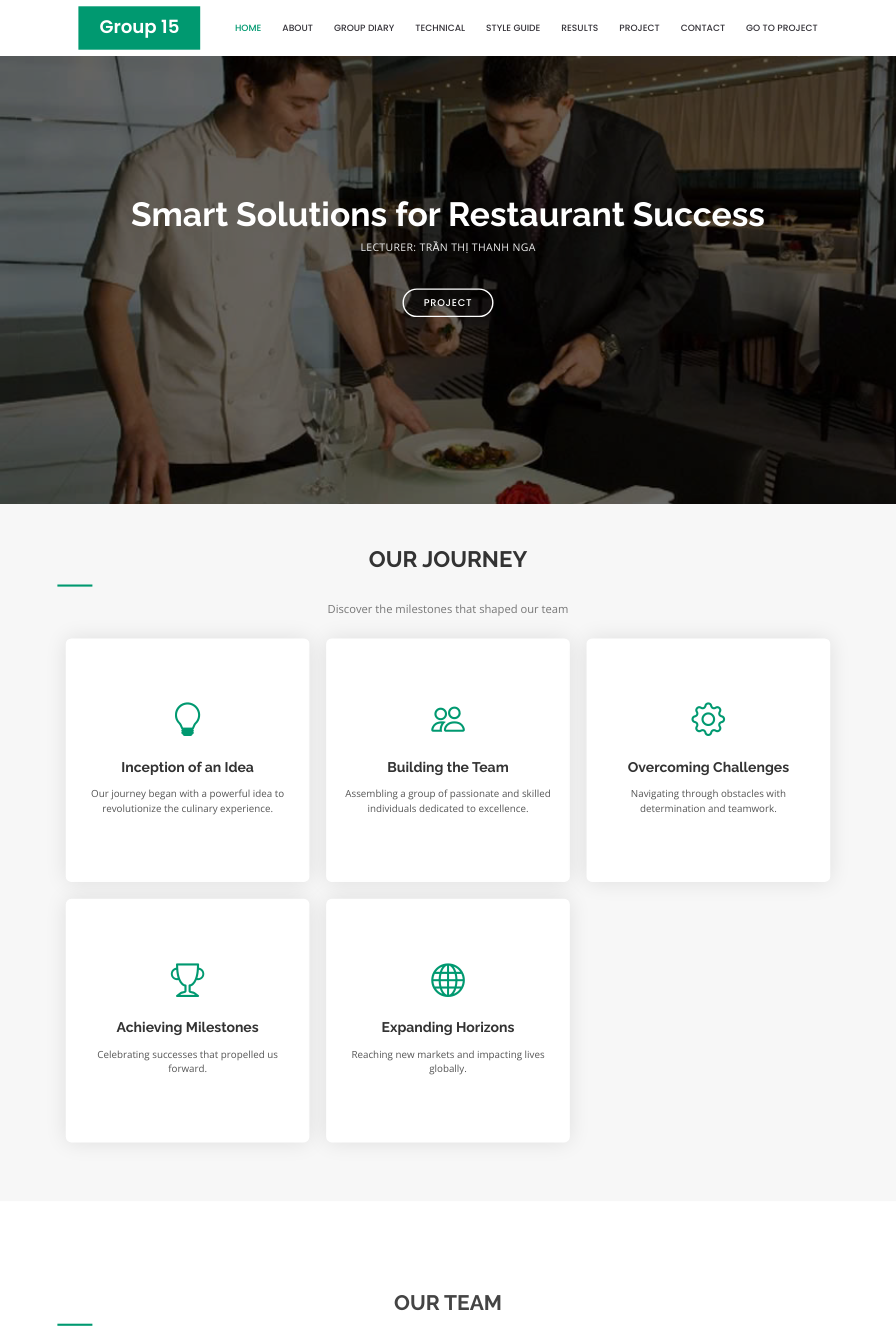
Repository: HoangKhangKhuPho4/Group_Web
Page: index.html
These files come from the project's save history. The page is drawn as it stood at one moment and after the next save; the edit follows.
The browser window is 1280 px wide. The pictures show the part of the page from y = 0 to 1920 px (the page is 2787 px tall), at 70% of full size.
Backgrounds fixed to the window are drawn as part of the page.

Above is the page before, as saved 2024-11-15 21:25:48.

After the next save:
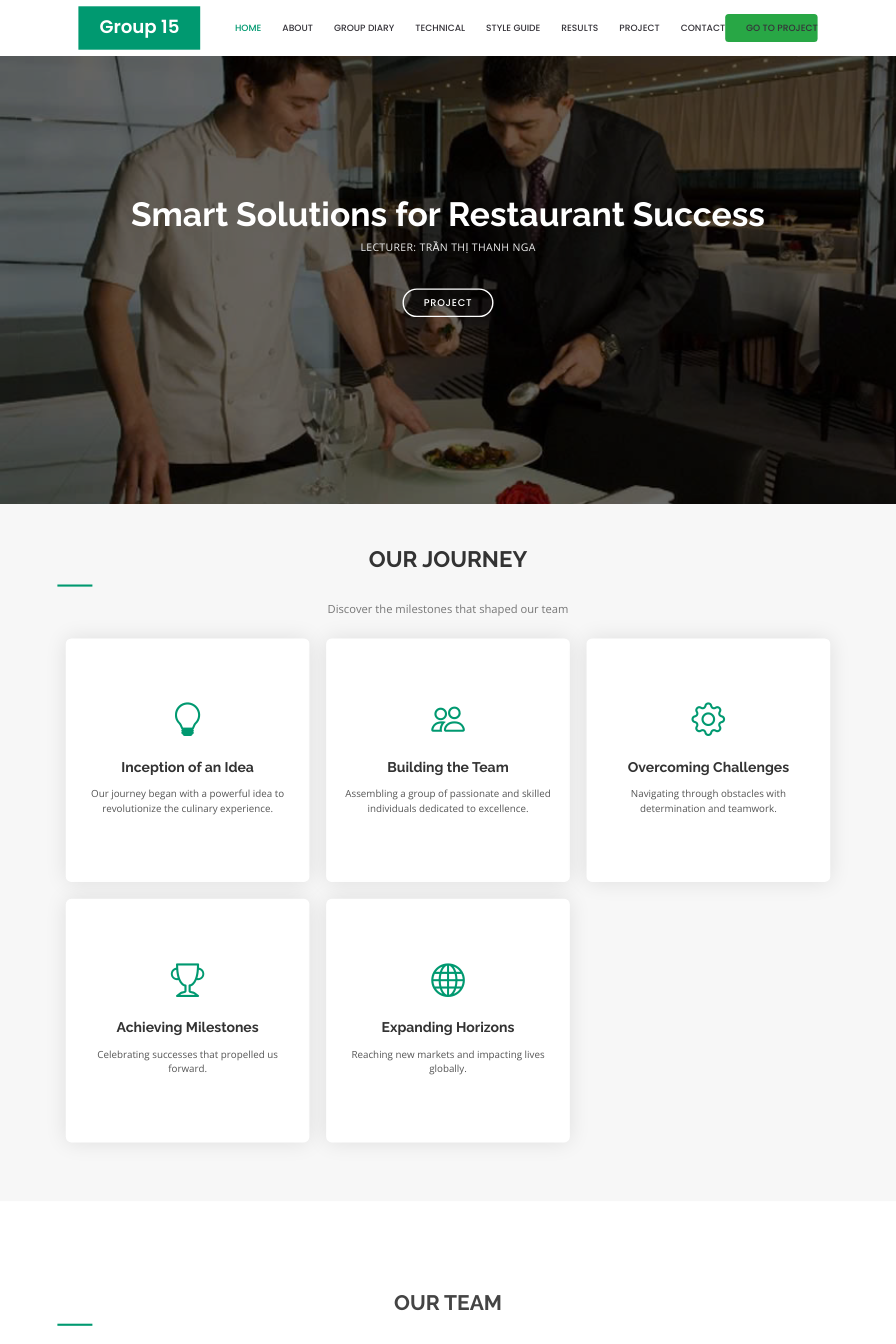
Saved 47 s later.
--- a/index.html
+++ b/index.html
@@ -63,6 +63,24 @@
     <link href="assets/css/style.css" rel="stylesheet" />
 
     <!-- Custom CSS -->
+     <style>
+       /* Nút Call to Action - Go to Project */
+.cta-btn {
+  background-color: #28a745; /* Màu xanh lá cây */
+  color: white; /* Chữ màu trắng */
+  padding: 10px 20px; /* Khoảng cách padding */
+  border-radius: 5px; /* Bo góc */
+  font-weight: bold; /* Chữ đậm */
+  text-transform: uppercase; /* Chữ in hoa */
+  transition: background-color 0.3s ease, transform 0.3s ease; /* Hiệu ứng chuyển màu nền và hiệu ứng hover */
+}
+
+.cta-btn:hover {
+  background-color: #218838; /* Màu xanh lá cây tối hơn khi hover */
+  transform: scale(1.05); /* Phóng to nút một chút khi hover */
+}
+
+     </style>
   </head>
 
   <body>
